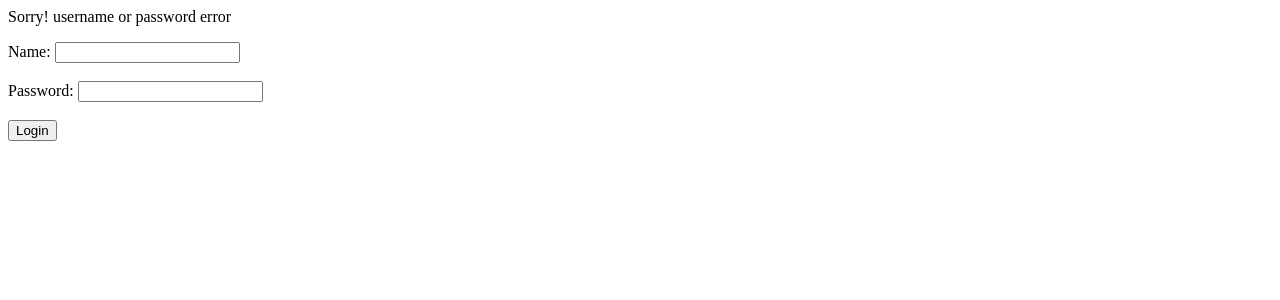
Repository: iliya03/Java-Web
Page: http://localhost/IliyaLoginApp/login-error.jsp
The author's editor kept a copy of each file at every save. The page is drawn from the files as they stood at one save, then again after the next save.
The browser window is 1280 px wide. The pictures show the whole page.
The page is served by Tomcat 10. Other server files are loaded and not shown.

Above is the page before, as saved 2025-01-26 13:27:09.

### IliyaLoginApp/src/main/webapp/login-error.jsp
<p>Sorry! username or password error</p>
<%@ include file="index.jsp" %>

### IliyaLoginApp/src/main/webapp/index.jsp
<!DOCTYPE html>
<html>
<head>
    <title>Login</title>
</head>
<body>
    <form action="login" method="post">
        <label for="name">Name:</label>
        <input type="text" id="name" name="name" required><br><br>

        <label for="password">Password:</label>
        <input type="password" id="password" name="password" required><br><br>

        <button type="submit">Login</button>
    </form>
</body>
</html>

After the next save:
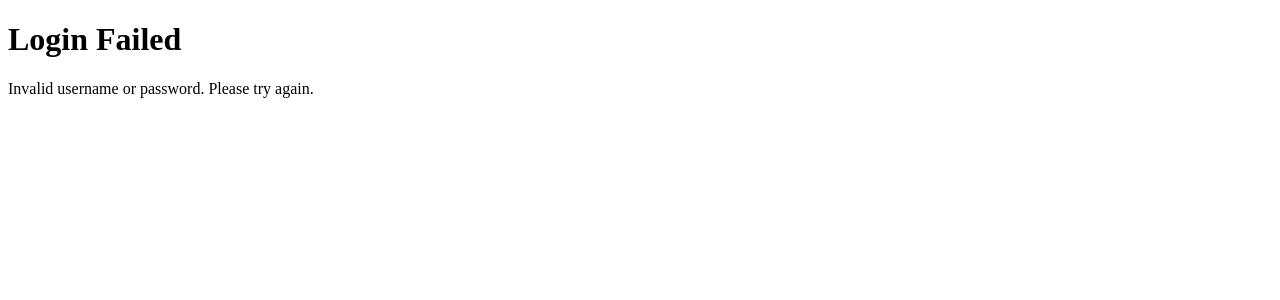
Saved 4 s later.
--- a/IliyaLoginApp/src/main/webapp/login-error.jsp
+++ b/IliyaLoginApp/src/main/webapp/login-error.jsp
@@ -1,2 +1,10 @@
-<p>Sorry! username or password error</p>
-<%@ include file="index.jsp" %>
+<!DOCTYPE html>
+<html>
+<head>
+    <title>Error</title>
+</head>
+<body>
+    <h1>Login Failed</h1>
+    <p>Invalid username or password. Please try again.</p>
+</body>
+</html>
